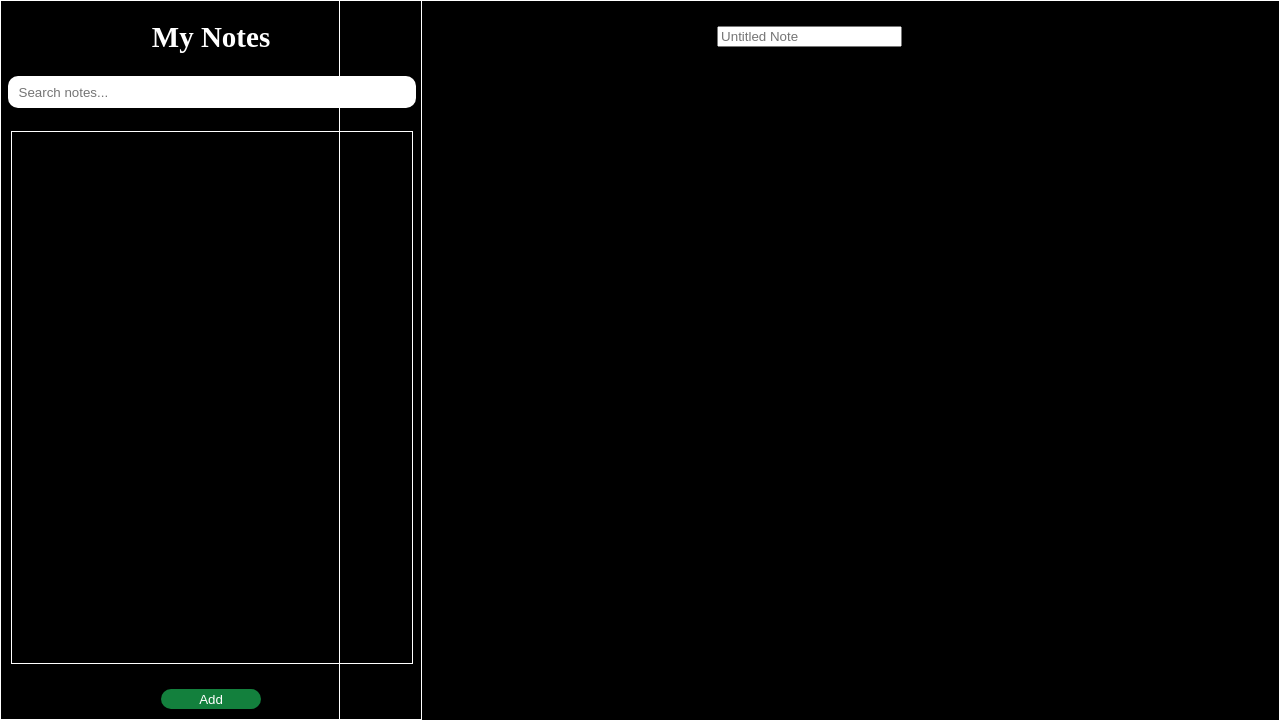
Repository: dmpelaez/myNotes
Page: QuickNotes.html
An editor plug-in stored every save of this project. The page is shown before and after the next save, followed by the edit.
The browser window is 1280 px wide. The pictures show the whole page.

Above is the page before, as saved 2025-12-18 21:06:24.

### QuickNotes.html
<!DOCTYPE html>

  <html>

    <head>

      <title>Quick Notes</title>

      <!--CSS LINK-->
      <link rel="stylesheet" href="QuickNotes.css">
    </head>
    <body>

      <!--Note section-->
      <aside class="aside-section">

        <!--My notes part-->
        <div class="myNotes">
          <p class="my-notes-text">My Notes</p>
        </div>
        <!--Search notes-->
        <div class="input-box">
          <input class="input" placeholder="Search notes...">
        </div>
        <!--Notes-->
        <div class="note-list"></div>
        <!--add button-->
        <button class="add-button">Add</button>

      </aside>

      <!---Typing section-->
      <main class="main-section">

        <!--Header-->
        <div class="header-section">

          <input class="title-notes" placeholder="Untitled Note">

        </div>

      </main>


    </body>

  </html>

### QuickNotes.css
body {
  margin: 0;
  padding: 0;
  background: black;
  box-sizing: border-box;
}
* {
  color: rgb(255, 255, 255);
}
.aside-section {
  border: 1px solid white;
  display: grid;
  width: 400px;
  position: fixed;
  bottom: 0;
  top: 0;
  grid-template-rows: 40px 30px 1fr 20px;
  padding: 10px;
  gap: 25px;

}

.my-notes-text {
  display: flex;
  margin: 0px;
  justify-self: center;
  align-self: center;
  margin-top: 10px;
}
.note-list {
  border: 1px solid white;
  width: 100%;
}

.my-notes-text {
  font-weight: bold;
  font-size: 29px;
}

.input {
  color: black;
  display: flex;
  align-self: center;
  justify-self: center;
  Width: 99%;
  height: 100%;
  border-radius: 10px;
  border: none;
  outline: none;
  padding-left: 10px;
  margin-left: 1px;
}
.input::placeholder {
  padding-left: 1px;

}

.add-button {
  width: 100px;
  display: flex;
  justify-self: center;
  background: rgb(19, 128, 61);
  border: none;
  border-radius: 10px;
  color: white;
  font-family: arial;
  align-items: center;
  justify-content: center;
  cursor: pointer;
}

.note-list {
  display: grid;
}

.main-section {
  position: fixed;
  left: 26.5%;
  border: 1px solid white;
  right: 0px;
  height: 100%;
  display: grid;
  grid-template-rows: 70px 1fr 100px;

}

.header-section {
  display: flex;
  justify-self: center;
  align-self: center;
  max-width: 200px;
}

After the next save:
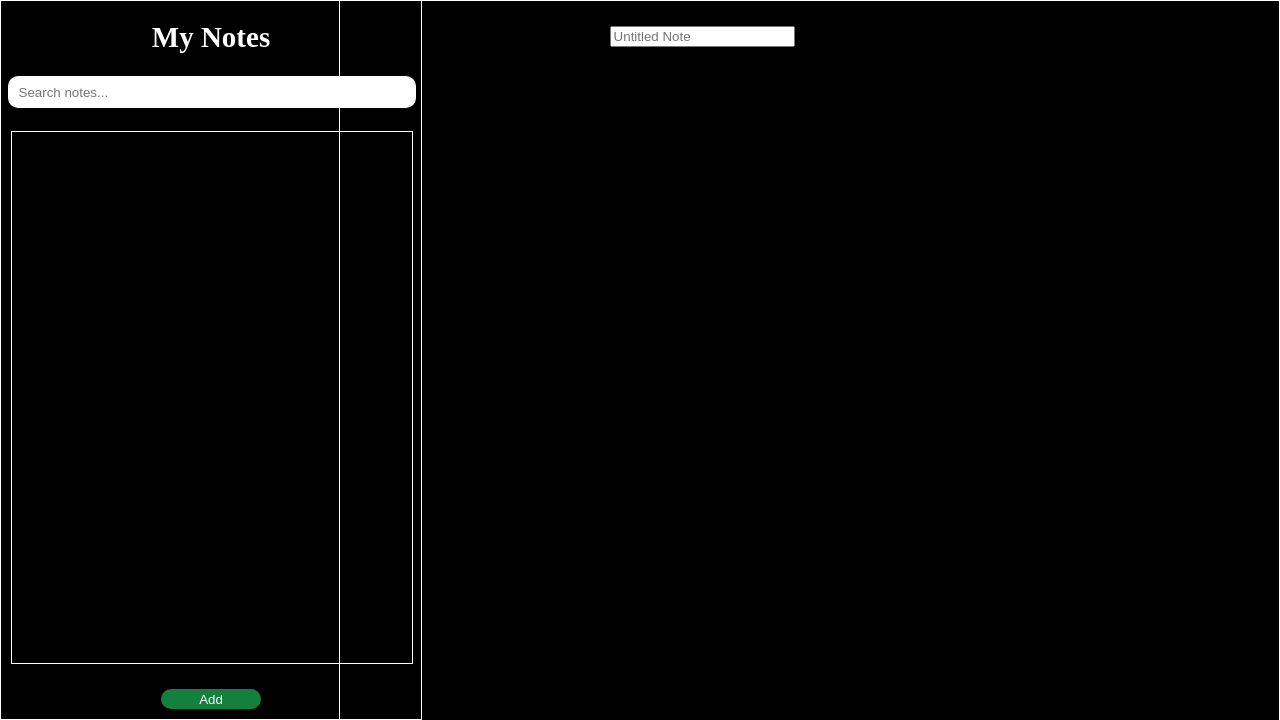
Saved 8 s later.
--- a/QuickNotes.css
+++ b/QuickNotes.css
@@ -88,5 +88,5 @@ body {
   display: flex;
   justify-self: center;
   align-self: center;
-  max-width: 200px;
+  width: 400px;
 }
